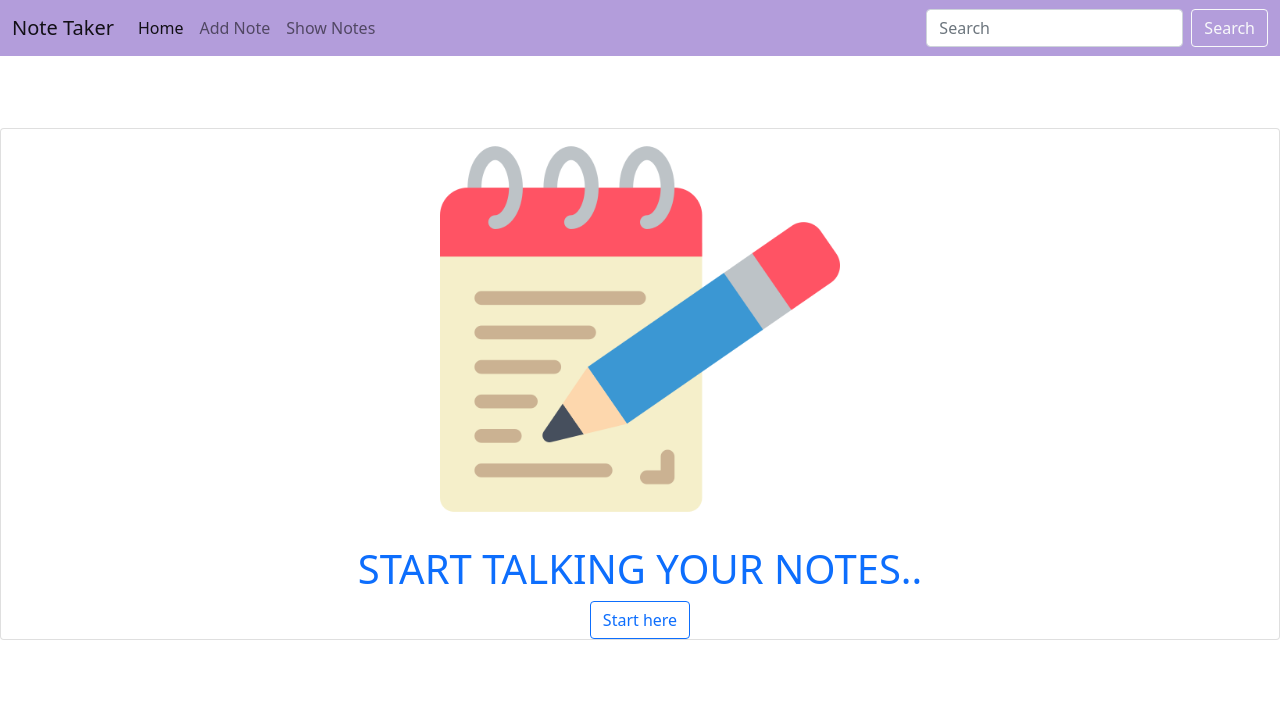
Repository: Tanmoy4672/Hibernate
Page: http://localhost/NoteTaker/
An editor plug-in stored every save of this project. The page is shown before and after the next save, followed by the edit.
The browser window is 1280 px wide. The pictures show the whole page.
The page is served by Tomcat 9. Other server files are loaded and not shown.

Above is the page before, as saved 2021-12-16 22:58:19.

### NoteTaker/src/main/webapp/index.jsp
<!doctype html>
<html lang="en">
<head>
<!-- Required meta tags -->
<meta charset="utf-8">
<meta name="viewport" content="width=device-width, initial-scale=1">

<title>Note Taker :HomePage</title>
<%@include file="All_js_css.jsp"%>

</head>
<body>

	<div class="container-fluid p-0 m-0">
		<%@include file="Navbar.jsp"%>

		<br>
		<div class="card my-5">
			<img alt="" class="img-fluid mx-auto" style="max-width: 400px"
				src="img/notepad.png">
			<h1 class="text-primary text-uppercase text-center mt-3">Start
				talking your notes..</h1>
			<div class="container text-center">
				<button class="btn btn-outline-primary">Start
					here</button>
			</div>
		</div>
	</div>















</body>
</html>

### NoteTaker/src/main/webapp/All_js_css.jsp
<!-- Bootstrap CSS -->
    <link href="https://cdn.jsdelivr.net/npm/bootstrap@5.0.2/dist/css/bootstrap.min.css" rel="stylesheet" integrity="sha384-EVSTQN3/azprG1Anm3QDgpJLIm9Nao0Yz1ztcQTwFspd3yD65VohhpuuCOmLASjC" crossorigin="anonymous">
    <link href="CSS/style.css" rel="stylesheet"/>

 <!-- Optional JavaScript; choose one of the two! -->

    <!-- Option 1: Bootstrap Bundle with Popper -->
    <script src="https://cdn.jsdelivr.net/npm/bootstrap@5.0.2/dist/js/bootstrap.bundle.min.js" integrity="sha384-MrcW6ZMFYlzcLA8Nl+NtUVF0sA7MsXsP1UyJoMp4YLEuNSfAP+JcXn/tWtIaxVXM" crossorigin="anonymous"></script>

    <!-- Option 2: Separate Popper and Bootstrap JS -->

    <script src="https://cdn.jsdelivr.net/npm/@popperjs/core@2.9.2/dist/umd/popper.min.js" integrity="sha384-IQsoLXl5PILFhosVNubq5LC7Qb9DXgDA9i+tQ8Zj3iwWAwPtgFTxbJ8NT4GN1R8p" crossorigin="anonymous"></script>
    <script src="https://cdn.jsdelivr.net/npm/bootstrap@5.0.2/dist/js/bootstrap.min.js" integrity="sha384-cVKIPhGWiC2Al4u+LWgxfKTRIcfu0JTxR+EQDz/bgldoEyl4H0zUF0QKbrJ0EcQF" crossorigin="anonymous"></script>

### NoteTaker/src/main/webapp/Navbar.jsp
<nav class="navbar navbar-expand-lg navbar-light purple">
	<div class="container-fluid">
		<a class="navbar-brand" href="index.jsp">Note Taker</a>
		<button class="navbar-toggler" type="button" data-bs-toggle="collapse"
			data-bs-target="#navbarSupportedContent"
			aria-controls="navbarSupportedContent" aria-expanded="false"
			aria-label="Toggle navigation">
			<span class="navbar-toggler-icon"></span>
		</button>
		<div class="collapse navbar-collapse" id="navbarSupportedContent">
			<ul class="navbar-nav me-auto mb-2 mb-lg-0">
				<li class="nav-item"><a class="nav-link active"
					aria-current="page" href="index.jsp">Home</a></li>
				<li class="nav-item"><a class="nav-link" href="add_notes.jsp">Add Note</a></li>

				<li class="nav-item"><a class="nav-link" href="all_notes.jsp"
					tabindex="-1" >Show Notes</a></li>
			</ul>
			<form class="d-flex">
				<input class="form-control me-2" type="search" placeholder="Search"
					aria-label="Search">
				<button class="btn btn-outline-light" type="submit">Search</button>
			</form>
		</div>
	</div>
</nav>

### NoteTaker/src/main/webapp/CSS/style.css
.purple{
	background: #b39ddb;
}

After the next save:
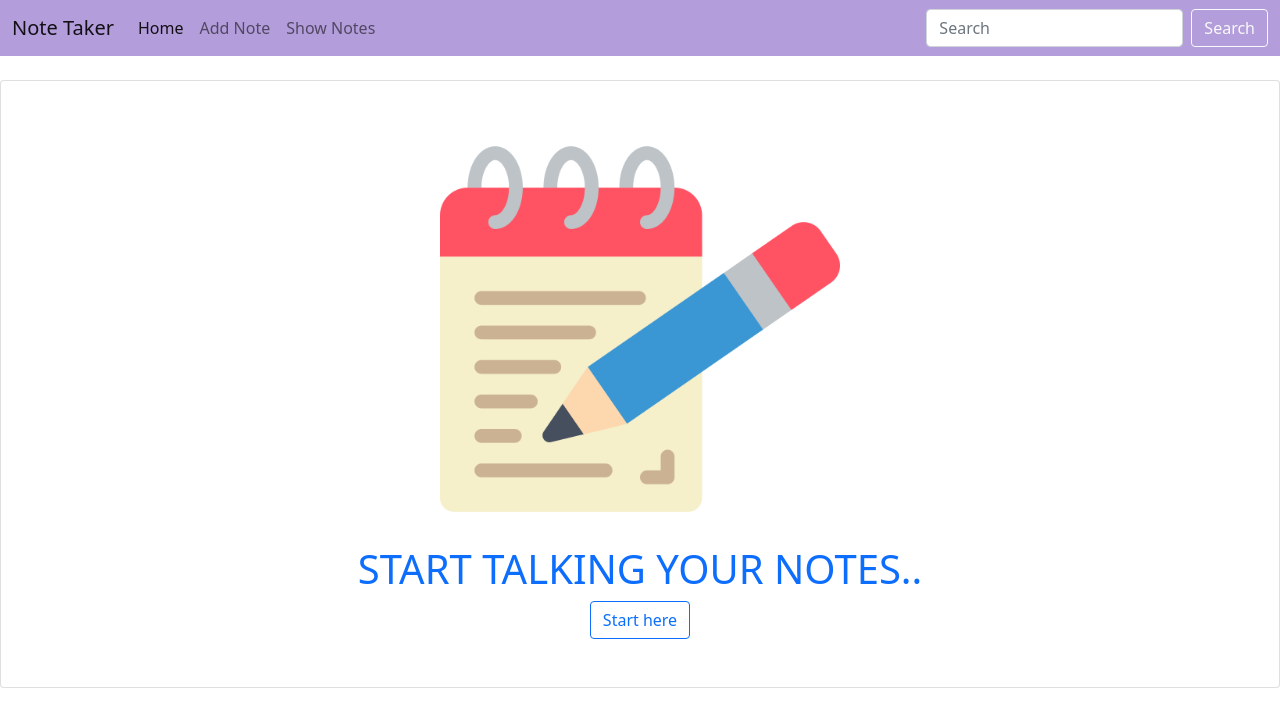
Saved 22 s later.
--- a/NoteTaker/src/main/webapp/index.jsp
+++ b/NoteTaker/src/main/webapp/index.jsp
@@ -15,7 +15,7 @@
 		<%@include file="Navbar.jsp"%>
 
 		<br>
-		<div class="card my-5">
+		<div class="card py-5">
 			<img alt="" class="img-fluid mx-auto" style="max-width: 400px"
 				src="img/notepad.png">
 			<h1 class="text-primary text-uppercase text-center mt-3">Start
